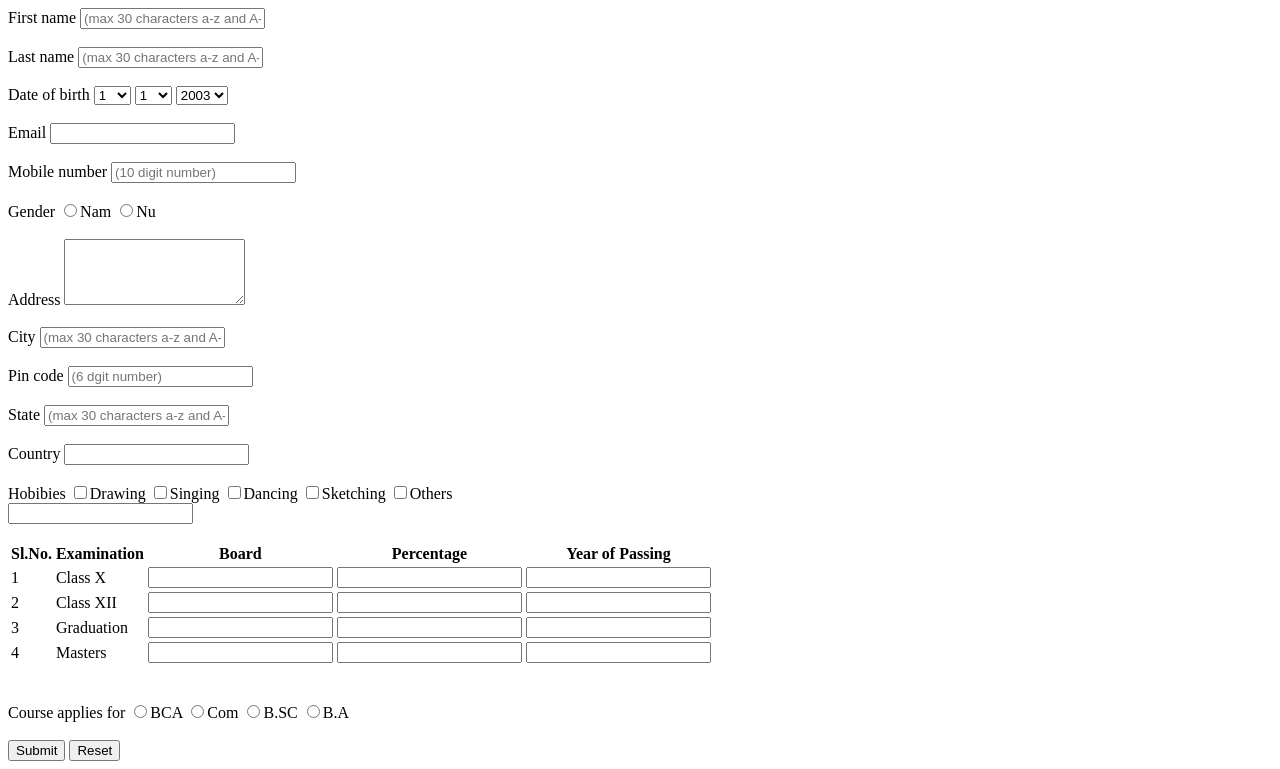
Repository: Knguyen2003/Spring
Page: http://localhost/PhanNguyenKhoiNguyen_21068021_Tuan04/StudentForm.jsp
The author's editor kept a copy of each file at every save. The page is drawn from the files as they stood at one save, then again after the next save.
The browser window is 1280 px wide. The pictures show the whole page.
The page is served by Tomcat 10.

Above is the page before, as saved 2024-09-11 10:27:05.

After the next save:
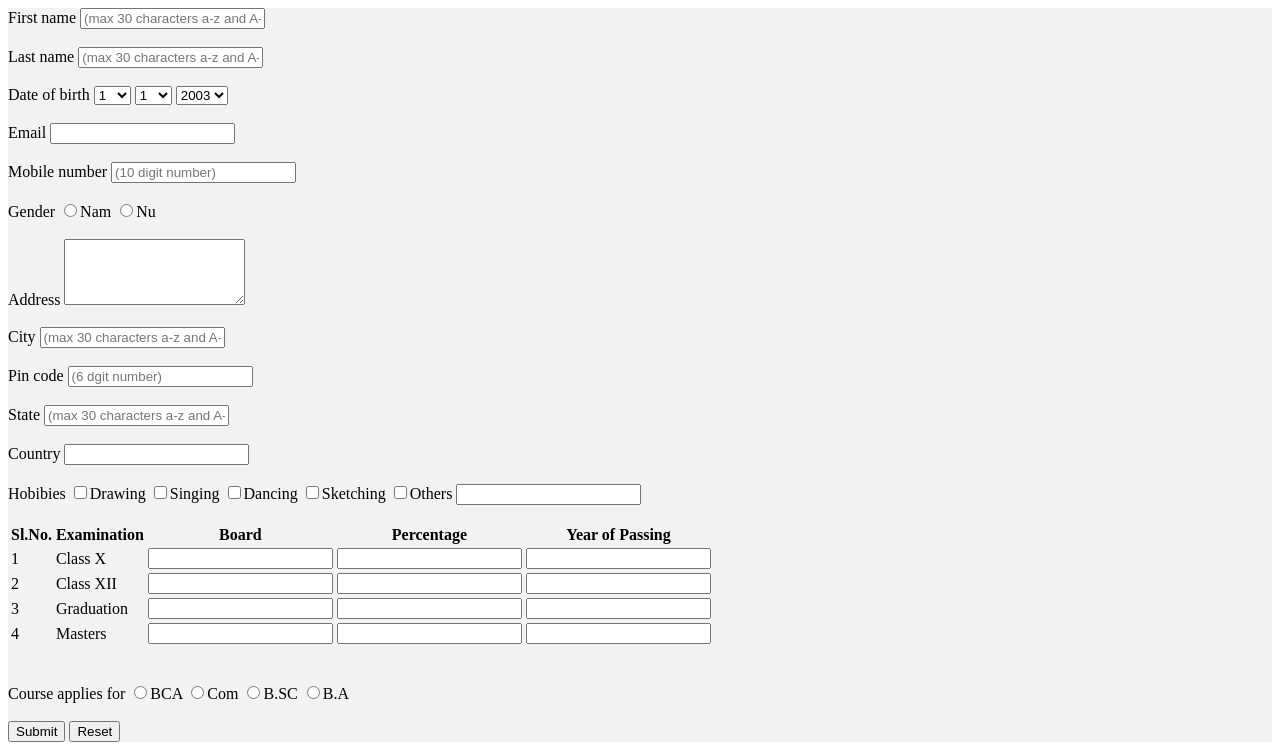
Saved 18 s later.
--- a/JavaServlet/Tuan4/PhanNguyenKhoiNguyen_21068021_Tuan04/src/main/webapp/StudentForm.jsp
+++ b/JavaServlet/Tuan4/PhanNguyenKhoiNguyen_21068021_Tuan04/src/main/webapp/StudentForm.jsp
@@ -7,8 +7,7 @@
 <title>Insert title here</title>
 <style>
 form {
-	width: 50%;
-	margin: auto 0; // 0
+	background-color: #f2f2f2;
 }
 </style>
 </head>
